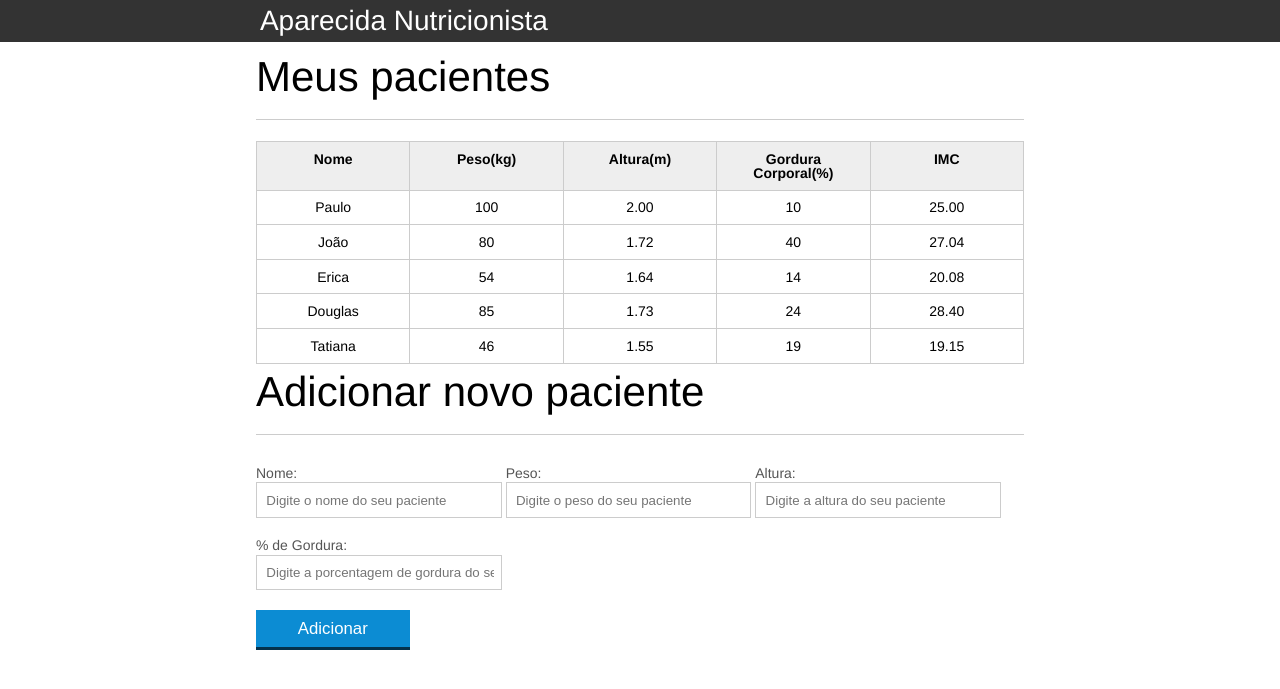
Repository: GabbLps/Controle-de-Clientes-Alura
Page: index.html
The author's editor kept a copy of each file at every save. The page is drawn from the files as they stood at one save, then again after the next save.
The browser window is 1280 px wide. The pictures show the whole page.

Above is the page before, as saved 2022-05-04 19:31:26.

### index.html
<!DOCTYPE html>
<html lang="pt-br">
	<head>
		<meta charset="UTF-8">
		<title>Aparecida Nutrição</title>
		<link rel="icon" href="favicon.ico" type="image/x-icon">
		<link rel="stylesheet" type="text/css" href="css/reset.css">
		<link rel="stylesheet" type="text/css" href="css/index.css">

	</head>
	<body>

		<header>
			<div class="container">
				<h1 class="titulo">Aparecida Nutrição</h1>
			</div>
		</header>
		<main>
			<section class="container">
				<h2>Meus pacientes</h2>
				<table>
					<thead>
						<tr>
							<th>Nome</th>
							<th>Peso(kg)</th>
							<th>Altura(m)</th>
							<th>Gordura Corporal(%)</th>
							<th>IMC</th>
						</tr>
					</thead>
					<tbody id="tabela-pacientes">
						<tr class="paciente" id="primeiro-paciente" >
							<td class="info-nome">Paulo</td>
							<td class="info-peso">100</td>
							<td class="info-altura">2.00</td>
							<td class="info-gordura">10</td>
							<td class="info-imc">0</td>
						</tr>

						<tr class="paciente" >
							<td class="info-nome">João</td>
							<td class="info-peso">80</td>
							<td class="info-altura">1.72</td>
							<td class="info-gordura">40</td>
							<td class="info-imc">0</td>
						</tr>

						<tr class="paciente" >
							<td class="info-nome">Erica</td>
							<td class="info-peso">54</td>
							<td class="info-altura">1.64</td>
							<td class="info-gordura">14</td>
							<td class="info-imc">0</td>
						</tr>

						<tr class="paciente">
							<td class="info-nome">Douglas</td>
							<td class="info-peso">85</td>
							<td class="info-altura">1.73</td>
							<td class="info-gordura">24</td>
							<td class="info-imc">0</td>
						</tr>
						<tr class="paciente" >
							<td class="info-nome">Tatiana</td>
							<td class="info-peso">46</td>
							<td class="info-altura">1.55</td>
							<td class="info-gordura">19</td>
							<td class="info-imc">0</td>
						</tr>
					</tbody>
				</table>

			</section>
		</main>

		<section class="container">
			<h2 id="titulo-form">Adicionar novo paciente</h2>
			<form id="form-adiciona">
				<div class="grupo">
					<label for="nome">Nome:</label>
					<input id="nome" name="nome" type="text" placeholder="Digite o nome do seu paciente" class="campo">
				</div>
				<div class="grupo">
					<label for="peso">Peso:</label>
					<input id="peso" name="peso" type="text" placeholder="Digite o peso do seu paciente" class="campo campo-medio">
				</div>
				<div class="grupo">
					<label for="altura">Altura:</label>
					<input id="altura" name="altura" type="text" placeholder="Digite a altura do seu paciente" class="campo campo-medio">
				</div>
				<div class="grupo">
					<label for="gordura">% de Gordura:</label>
					<input id="gordura" type="text" placeholder="Digite a porcentagem de gordura do seu paciente" class="campo campo-medio">
				</div>

				<button id="adicionar-paciente" class="botao bto-principal">Adicionar</button>
			</form>
		</section>

		<script src="js/calcula-imc.js"></script>
		<script src="js/form.js"></script>
	</body>
</html>

### css/index.css
*{
	box-sizing: border-box;
 }

body{
	font-family: "Helvetica Neue", "Helvetica", Helvetica, Arial, sans-serif;
	font-size: 14px;
}

header{
	background-color: #333;
	height: 3em;
	color: #FFF;
	margin-bottom: 1em;
}

header h1{
	font-size: 2em;
	display:inline-block;
	vertical-align:	middle;
}
header h2{
	font-size: 2em;
	display:inline-block;
	vertical-align:	middle;
}

header .container:before{
	content: '';
	display:inline-block;
	height: 100%;
	vertical-align:	middle;
}

.container{
	width: 60%;
	height: 100%;
	margin: 0 auto;
}

section{
	margin: 2em 0;
	overflow: hidden;
}

section h2{
	font-size: 3em;
	display: block;
	padding-bottom: .5em;
	border-bottom: 1px solid #ccc;
	margin-bottom: .5em;
}

table{
	width: 100%;
	margin-bottom : .5em;
    table-layout: fixed;

}

td, th {
	padding: .7em;
	margin: 0;
	border: 1px solid #ccc;
	text-align: center;
}

th{
	font-weight: bold;
	background-color: #EEE;
}

label{
	color: #555;
	display: block;
	margin-bottom: .2em;
}

.campo{
	margin: 0;
	padding-bottom: 1em;
	width: 100%;
	border: 1px solid #ccc;
	padding: .7em;
	width: 100%;
}

.campo-medio{
	display: inline-block;
	padding-right: .5em;
}

.grupo{
	width: 32%;
	display: inline-block;
	padding: 10px 0px;
}

button{
	padding: .5em 2em;
	border: 0;
	border-bottom: 3px solid;
	font-size: 1.2em;
	cursor: pointer;
	margin: 0;
	margin-top: -3px;
	color: #fff;
	background-color:#0c8cd3;
	border-color: #04324c;
	width: 20%;
    display: block;
    clear: both;
    margin: 10px 0px;

}

button:active{
	margin-top:0px;
	border: 0;
}

button[disabled=disabled], button:disabled {
    background-color: gray;
	border-color: darkgray;

}

.adicionar-paciente{
    margin-top: 30px;
}

.campo-invalido{
	border: 1px solid red;
}

#mensagem-erro{
	color:red;
}

.paciente-invalido {
	background-color: lightcoral;
}

### js/calcula-imc.js
var titulo = document.querySelector(".titulo");
titulo.textContent = "Aparecida Nutricionista";

var pacientes = document.querySelectorAll(".paciente");

for(var i = 0;i < pacientes.length; i++) {

    var paciente = pacientes[i];

    var tdPeso = paciente.querySelector(".info-peso");
    var peso = tdPeso.textContent;

    var tdAltura = paciente.querySelector(".info-altura");
    var altura = tdAltura.textContent;

    var tdImc = paciente.querySelector(".info-imc");

    var pesoEhValido = true;
    var alturaEhValida = true;

    if(peso <= 0 || peso >= 1000) {
        console.log("Peso inválido!")
        pesoEhValido = false;
        tdImc.textContent = "Peso inválido!"
        paciente.classList.add("paciente-invalido");
    }

    if(altura <= 0 || altura >= 3) {
        console.log("Altura inválida!")
        pesoEhValido = false;
        tdImc.textContent = "Altura inválida!";
        paciente.classList.add("paciente-invalido");
    }

    if(pesoEhValido && alturaEhValida) {
        var imc = peso / (altura * altura);
        tdImc.textContent = imc.toFixed(2);
    }
}

### js/form.js
var botaoAdicionar = document.querySelector("#adicionar-paciente");
botaoAdicionar.addEventListener("click", function(event) {
    event.preventDefault();

    var form = document.querySelector("#form-adiciona");

    var nome = form.nome.value;
    var peso = form.peso.value;
    var altura = form.altura.value;
    var gordura = form.gordura.value;

    var pacienteTr = document.createElement("tr");
    pacienteTr.classList.add("paciente");


    var nomeTd = document.createElement("td");
    var pesoTd = document.createElement("td");
    var alturaTd = document.createElement("td");
    var gorduraTd = document.createElement("td");
    var imcTd = document.createElement("td");

    nomeTd.textContent = nome;
    pesoTd.textContent = peso;
    alturaTd.textContent = altura;
    gorduraTd.textContent = gordura;

    pacienteTr.appendChild(nomeTd);   // Adiciona nomeTd dentro da Tr
    nomeTd.classList.add("info-nome");// Adiciona a classe info-name no nomeTd

    pacienteTr.appendChild(pesoTd);
    pesoTd.classList.add("info-peso");

    pacienteTr.appendChild(alturaTd);
    alturaTd.classList.add("info-altura");

    pacienteTr.appendChild(gorduraTd);
    gorduraTd.classList.add("info-gordura");

    var tabela = document.querySelector("#tabela-pacientes");

    tabela.appendChild(pacienteTr);

    console.log(tabela);

});

Loaded but not shown: css/reset.css (common file)

After the next save:
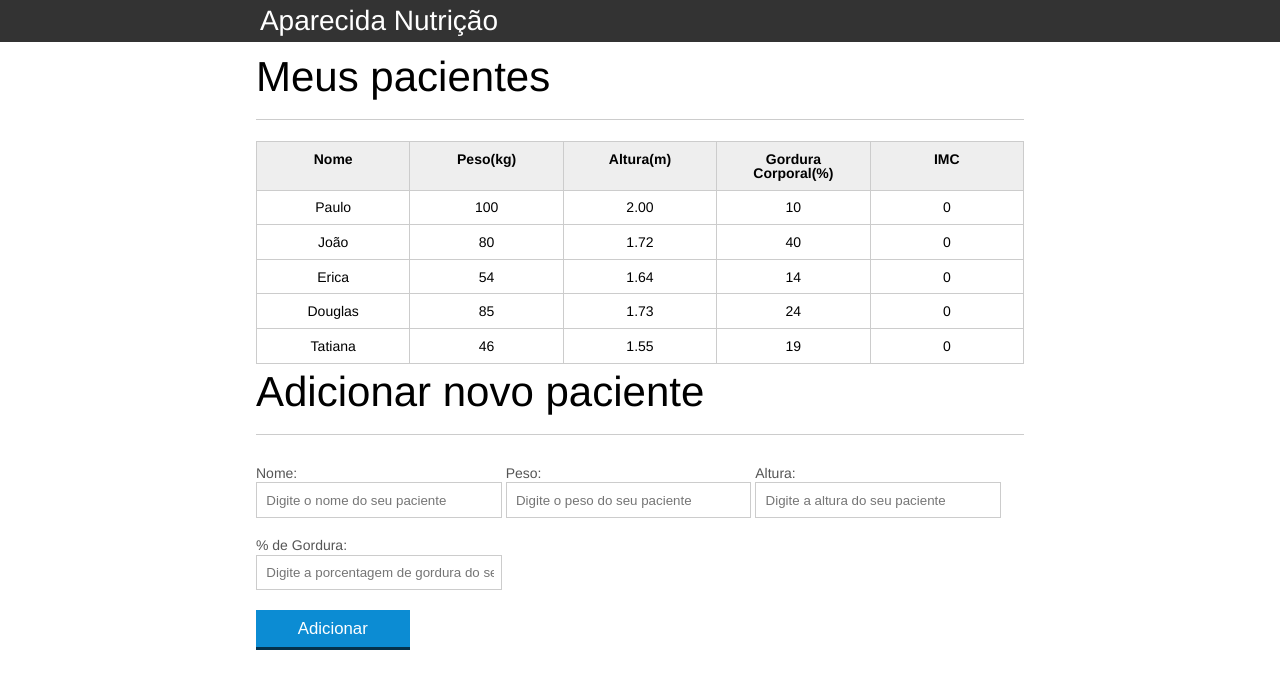
Console error: SyntaxError: Unexpected end of input
Saved 22 h 30 min later.
--- a/js/calcula-imc.js
+++ b/js/calcula-imc.js
@@ -37,3 +37,5 @@ for(var i = 0;i < pacientes.length; i++) {
         tdImc.textContent = imc.toFixed(2);
     }
 }
+
+function calculaImc(peso,altura)

After the save that followed:
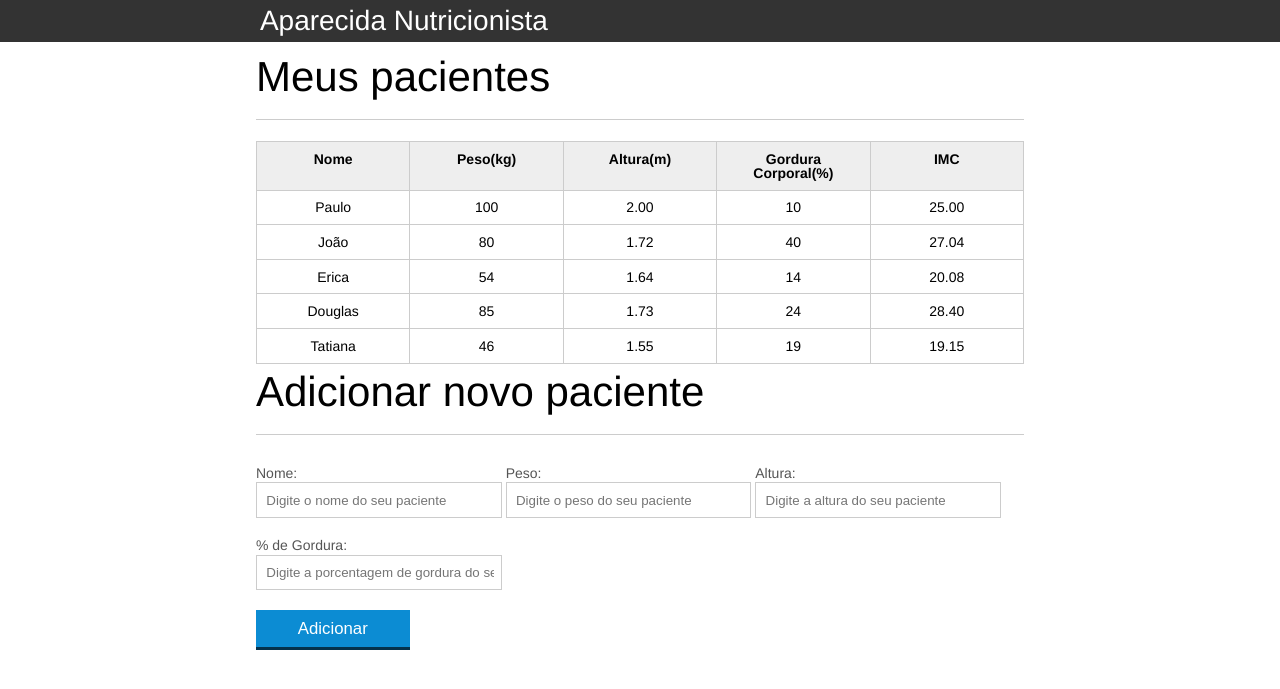
The error is gone.
Saved 27 s later.
--- a/js/calcula-imc.js
+++ b/js/calcula-imc.js
@@ -38,4 +38,8 @@ for(var i = 0;i < pacientes.length; i++) {
     }
 }
 
-function calculaImc(peso,altura)
+function calculaImc(peso,altura) {
+    var imc = 0;
+
+
+}
